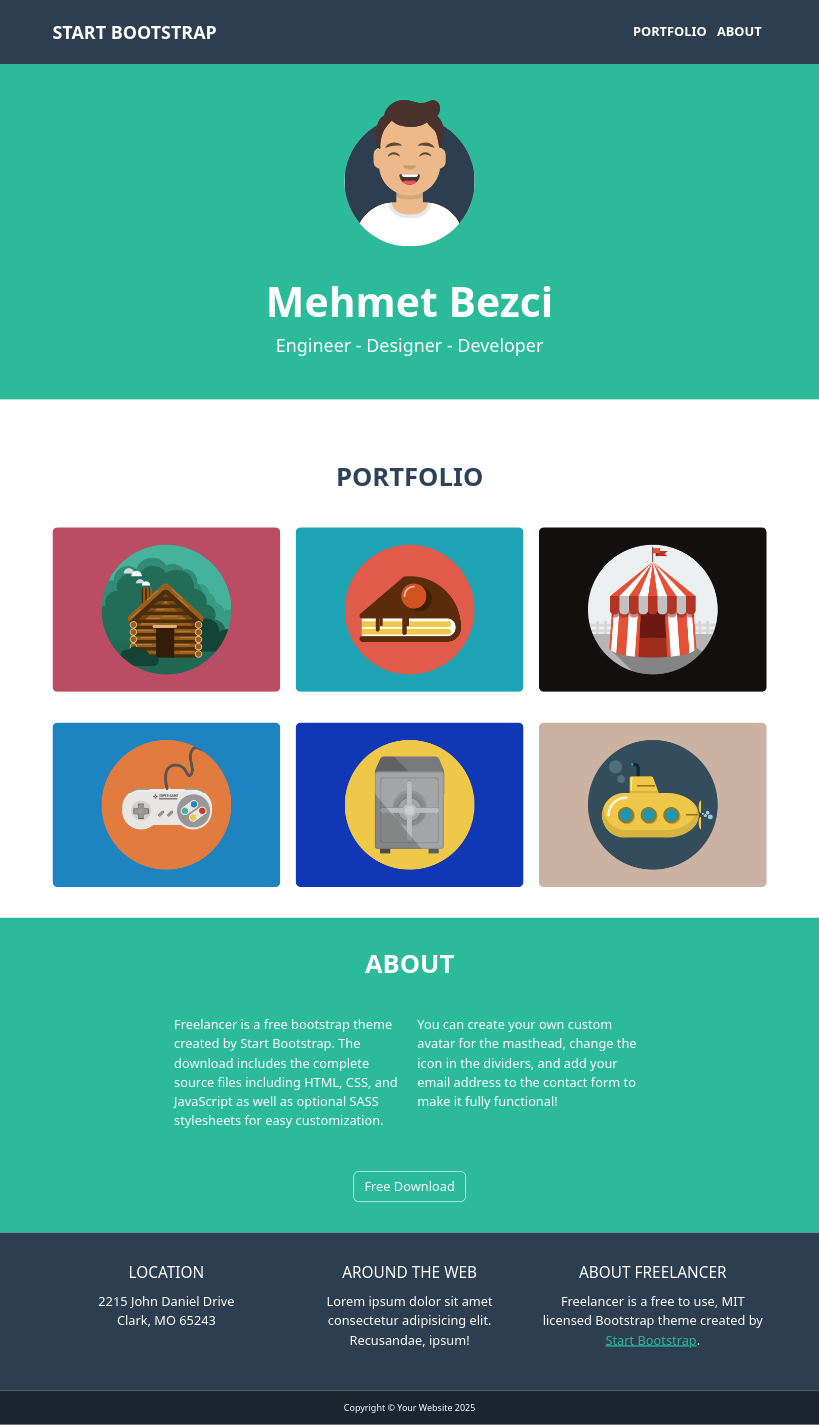
Repository: 7JaxeN7/WT-1255P-Mehmet_BEZC-
Page: index.html
An editor plug-in stored every save of this project. The page is shown before and after the next save, followed by the edit.
The browser window is 1280 px wide. The pictures show the whole page, at 64% of full size.

Above is the page before, as saved 2025-01-07 01:03:37.

After the next save:
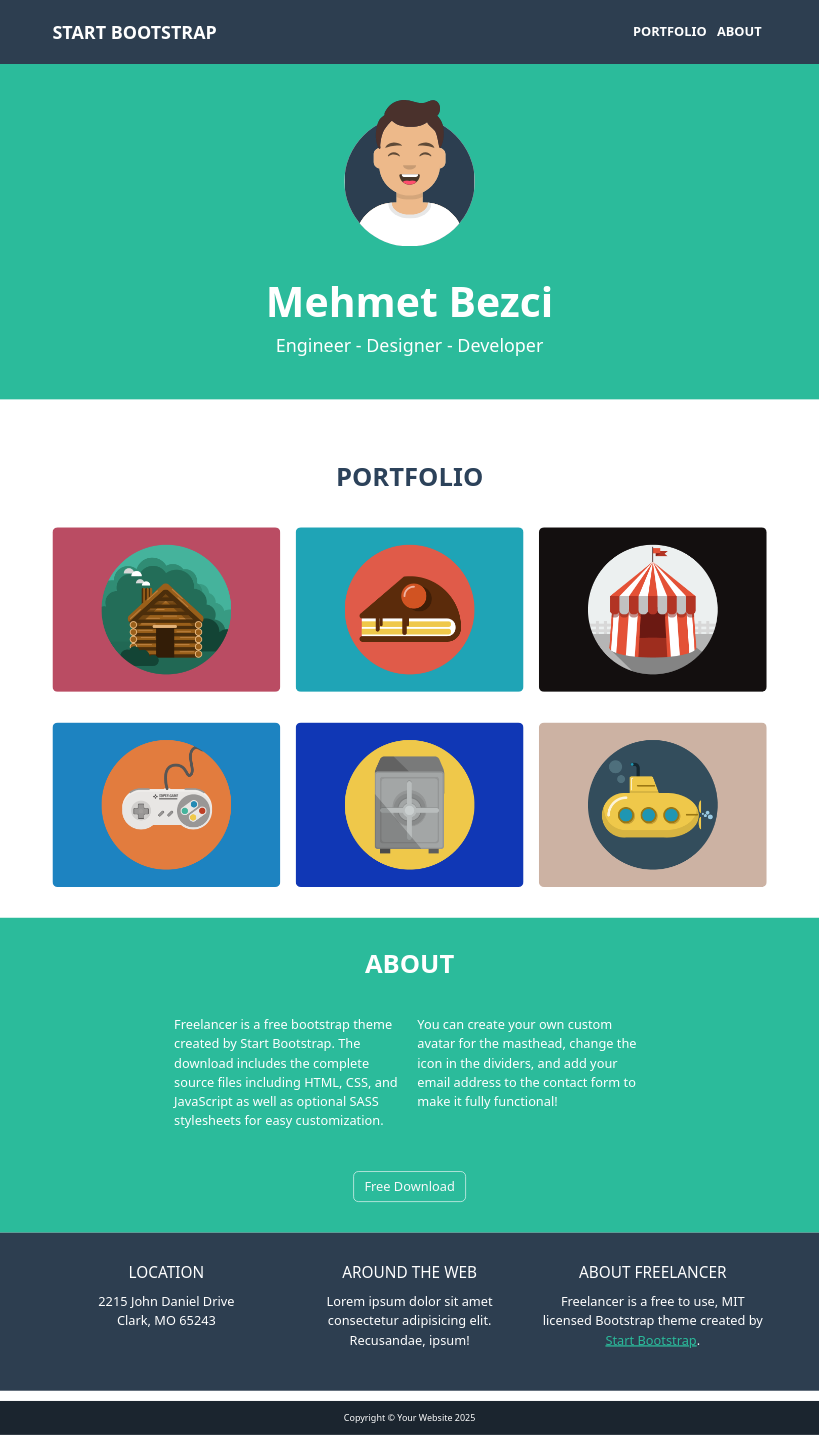
Saved 6 s later.
--- a/index.html
+++ b/index.html
@@ -117,7 +117,7 @@
       </div>
     </div>
   </footer>
-  <div class="copyright-section copyright-bg py-3 text-white text-center small">
+  <div class="copyright-section copyright-bg py-3 mt-3 text-white text-center small">
     Copyright &#169; Your Website 2025
   </div>
   <!-- Burası bootstrap script kısmı -->

After the save that followed:
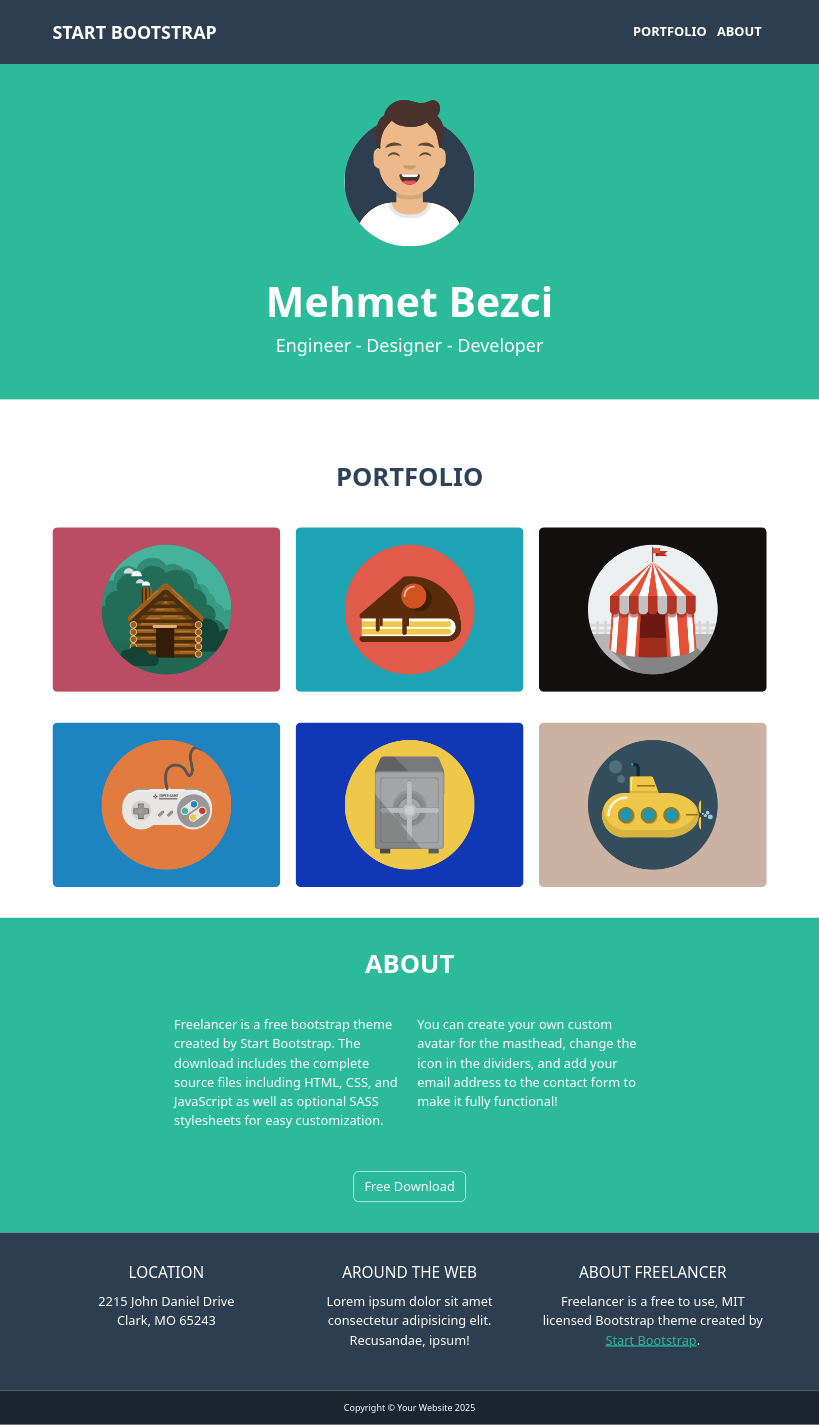
Saved 4 s later.
--- a/index.html
+++ b/index.html
@@ -117,7 +117,7 @@
       </div>
     </div>
   </footer>
-  <div class="copyright-section copyright-bg py-3 mt-3 text-white text-center small">
+  <div class="copyright-section copyright-bg py-3 text-white text-center small">
     Copyright &#169; Your Website 2025
   </div>
   <!-- Burası bootstrap script kısmı -->
